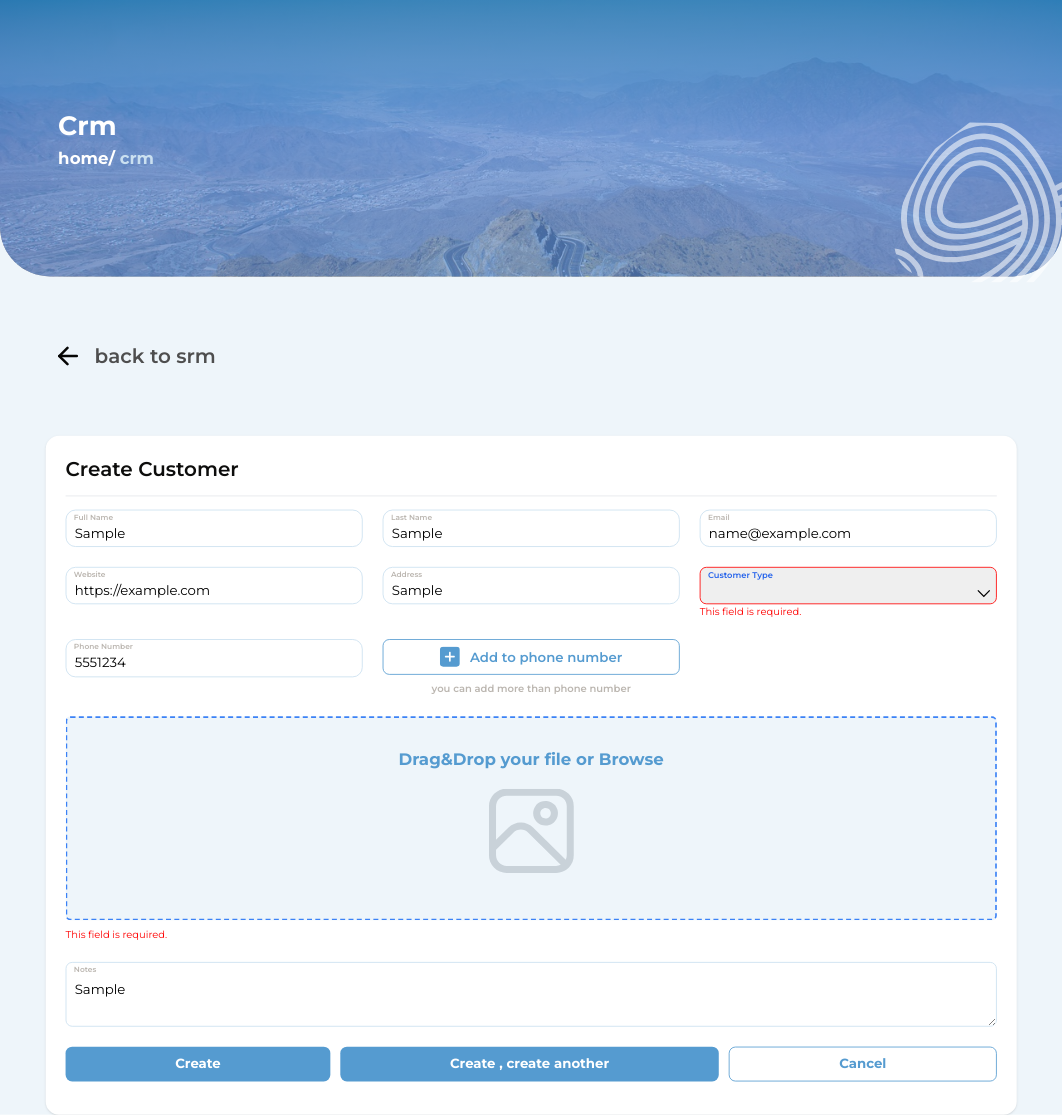
Repository: Abdelrhman-asker-smart/JsdcPIF
Page: create-customer.html
An editor plug-in stored every save of this project. The page is shown before and after the next save, followed by the edit.
The browser window is 1280 px wide. The pictures show the whole page, at 83% of full size.
Empty fields were first filled with sample values (such as "Sample", 5 or name@example.com).
After loading, the first visible `#customerForm` was submitted once.
Some web libraries are served in a nearby version.

Above is the page before, as saved 2025-03-09 14:23:55.

After the next save:
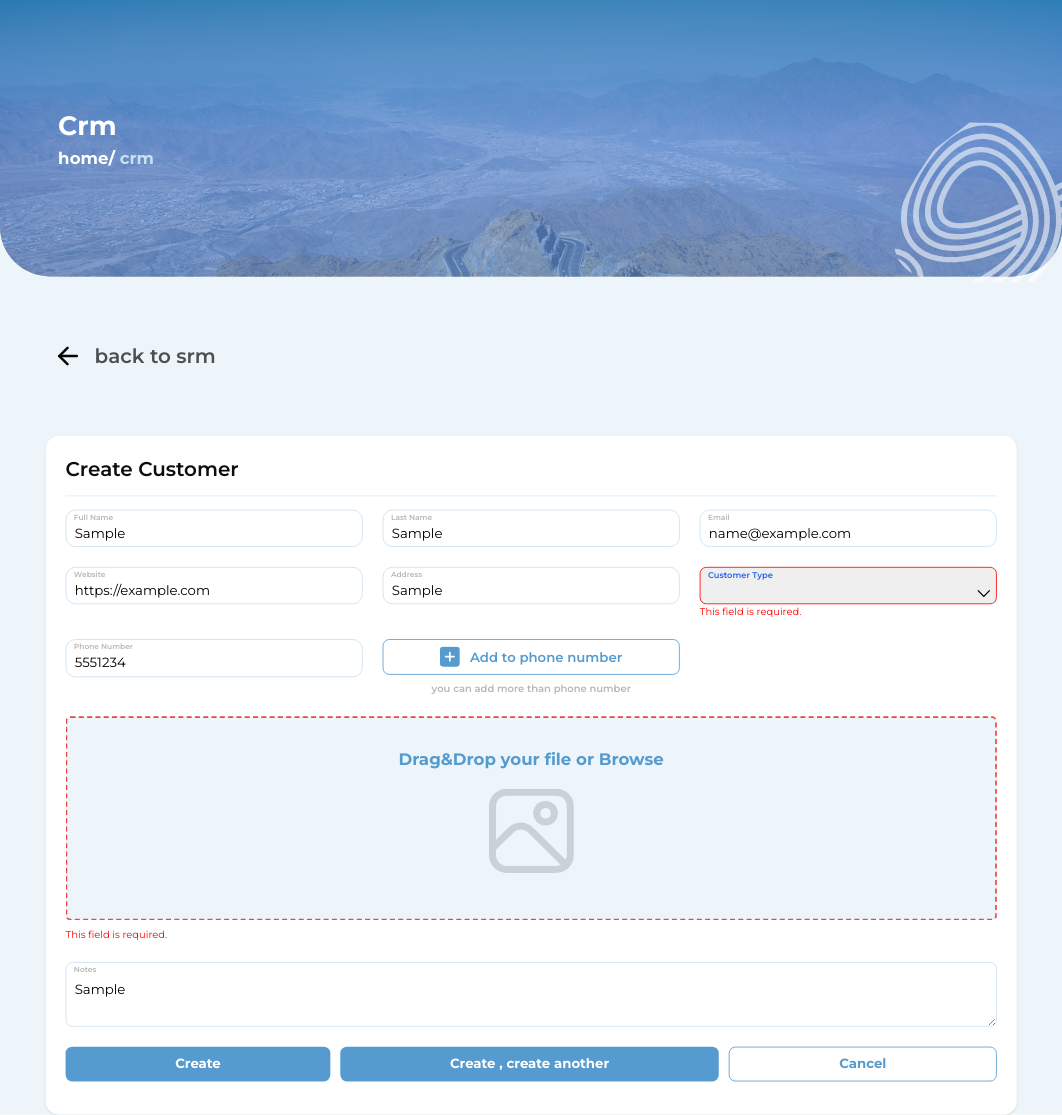
Saved 25 s later.
--- a/create-customer.html
+++ b/create-customer.html
@@ -525,7 +525,7 @@ document.getElementById("customerType").addEventListener("change", function (e)
           if (!validateField(field)) {
             field.classList.add("error");
             console.log(field.type)
-            field.type=='file'&& document.getElementById('fileDropArea').classList.add("erorr");
+            field.type=='file'&& document.getElementById('fileDropArea').classList.add("border-red-500");
             const errorDiv = document.getElementById(id + "Error");
             errorDiv.style.display = "block";
             if (!firstError) firstError = field;
